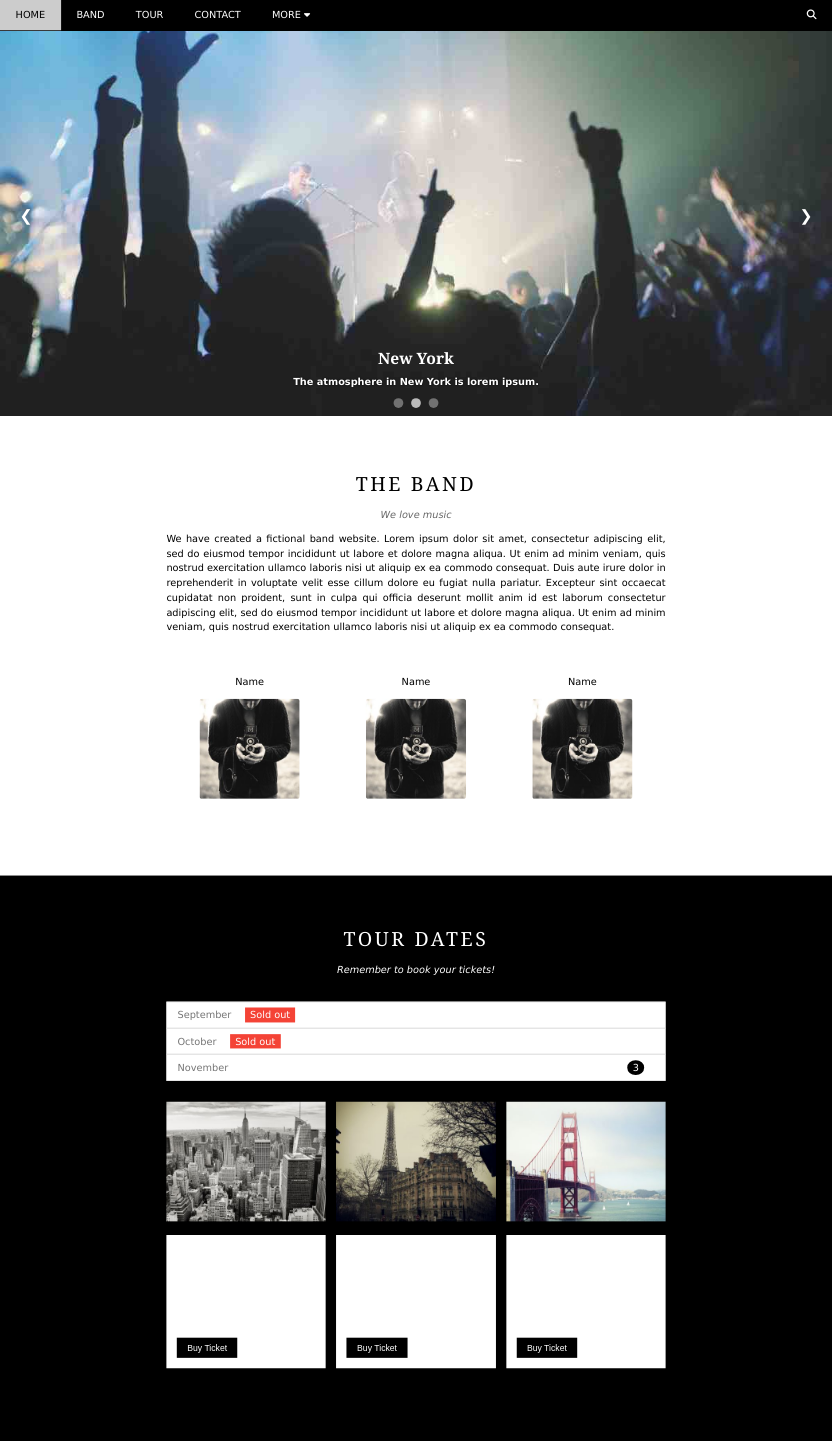
Repository: tam1512/The-Band
Page: index.html
These files come from the project's save history. The page is drawn as it stood at one moment and after the next save; the edit follows.
The browser window is 1280 px wide. The pictures show the whole page, at 65% of full size.
Some web libraries are served in a nearby version.

Above is the page before, as saved 2022-07-24 09:00:00.

### index.html
<!DOCTYPE html>
<html lang="en">
  <head>
    <meta charset="UTF-8" />
    <meta http-equiv="X-UA-Compatible" content="IE=edge" />
    <meta name="viewport" content="width=device-width, initial-scale=1.0" />
    <link
      rel="stylesheet"
      href="https://cdnjs.cloudflare.com/ajax/libs/font-awesome/6.1.1/css/all.min.css"
      integrity="sha512-KfkfwYDsLkIlwQp6LFnl8zNdLGxu9YAA1QvwINks4PhcElQSvqcyVLLD9aMhXd13uQjoXtEKNosOWaZqXgel0g=="
      crossorigin="anonymous"
      referrerpolicy="no-referrer"
    />
    <link rel="stylesheet" href="./assets/css/style.css" />
    <title>The Band</title>
  </head>
  <body>
    <div class="container">
      <div class="header" id="home">
        <ul class="header_nav">
          <li><a href="#home">HOME</a></li>
          <li><a href="#band">BAND</a></li>
          <li><a href="#tour">TOUR</a></li>
          <li><a href="#contact">CONTACT</a></li>
          <li class="header_nav_dropdown">
            <a href="javascript:void(0)" class="dropbtn">
              MORE
              <i class="fa-solid fa-caret-down"></i>
            </a>
            <div class="dropdown-content">
              <a href="#">Merchandise</a>
              <a href="#">Extras</a>
              <a href="#">Media</a>
            </div>
          </li>
        </ul>
        <div id="header_search">
          <i class="fa-solid fa-magnifying-glass text-white"></i>
        </div>
      </div>
      <!-- Slideshow container -->
      <div class="slider">
        <!-- Full-width image with caption text -->
        <div class="slider_slides-cont">
          <div class="slider_slide">
            <img src="assets/img/la.jpg" alt="Los Angeles" />
            <div class="text padding-32-16 text-white">
              <h3 class="fz-24 margin-10-0">Los Angeles</h3>
              <p class="margin-15-0">
                <b class="text-shadow">We had the bes time playing at Venice Beach!</b>
              </p>
            </div>
          </div>

          <div class="slider_slide">
            <img src="assets/img/ny.jpg" alt="New York" />
            <div class="text padding-32-16 text-white">
              <h3 class="fz-24 margin-10-0">New York</h3>
              <p class="margin-15-0">
                <b class="text-shadow">The atmosphere in New York is lorem ipsum.</b>
              </p>
            </div>
          </div>

          <div class="slider_slide">
            <img src="assets/img/chicago.jpg" alt="Chicago" />
            <div class="text padding-32-16 text-white">
              <h3 class="fz-24 margin-10-0">Chicago</h3>
              <p class="margin-15-0">
                <b class="text-shadow">Thank you, Chicago - A night we won't forget</b>
              </p>
            </div>
          </div>
        </div>

        <!-- The pagination/circles -->
         <div class="slider_pagination"></div>

        <!-- Next and previous buttons (navigatin slide)-->
        <a class="prev">&#10094</a>
        <a class="next">&#10095</a>
        </div>
      </div>
      <div class="content">
        <div class="padding-64-16 text-center" id="band">
          <h2 class="tilte fz-30 margin-10-0">THE BAND</h2>
          <p class="margin-15-0"><i class="sub-title text-opacity">We love music</i></p>
          <p class="band_content margin-15-0 text-justify">We have created a fictional band website. Lorem ipsum dolor sit amet, consectetur adipiscing elit, sed do eiusmod tempor incididunt ut labore et dolore magna aliqua. Ut enim ad minim veniam, quis nostrud exercitation ullamco laboris nisi ut aliquip ex ea commodo consequat. Duis aute irure dolor in reprehenderit in voluptate velit esse cillum dolore eu fugiat nulla pariatur. Excepteur sint occaecat cupidatat non proident, sunt in culpa qui officia deserunt mollit anim id est laborum consectetur adipiscing elit, sed do eiusmod tempor incididunt ut labore et dolore magna aliqua. Ut enim ad minim veniam, quis nostrud exercitation ullamco laboris nisi ut aliquip ex ea commodo consequat.</p>
          <div class="row band_members padding-32-0">
            <div class="third band_member">
              <p class="margin-15-0">Name</p>
              <img src="assets/img/bandmember.jpg" alt="band member" class="band_member_img margin-bottom-16">
            </div>
            <div class="third band_member">
              <p class="margin-15-0">Name</p>
              <img src="assets/img/bandmember.jpg" alt="band member" class="band_member_img margin-bottom-16">
            </div>
            <div class="third band_member">
              <p class="margin-15-0">Name</p>
              <img src="assets/img/bandmember.jpg" alt="band member" class="band_member_img margin-bottom-16">
            </div>
          </div>
          <!-- <div style="clear: both;"></div> -->
        </div>
        <div class="backgroud-black" id="tour">
          <div class="tour-container padding-64-16 text-center text-white">
            <h2 class="tilte fz-30 margin-10-0">TOUR DATES</h2>
            <p class="margin-15-0"><i class="sub-title">Remember to book your tickets!</i></p>
            <br>
            <ul class="list-month backgroud-white">
              <li class="month-item padding-8-16 boder-bottom">
                <p class="month text-grey">September</p>
                <span class="ticket-sold-out text-white">Sold out</span>
              </li>
              <li class="month-item padding-8-16 boder-bottom">
                <p class="month text-grey">October</p>
                <span class="ticket-sold-out text-white">Sold out</span>
              </li>
              <li class="month-item padding-8-16 boder-bottom">
                <p class="month text-grey">November</p>
                <span class="ticket-still text-white">3</span>
              </li>
            </ul>

            <div class="row ticket-list padding-32-8">
              <div class="ticket-wrap third margin-bottom-16 padding-0-8">
                <img class="ticket-img" src="assets/img/newyork.jpg" alt="Ticket New Yourk">
                <div class="tick-content padding-0-16 backgroud-white text-left">
                  <p class="ticket-name margin-15-0"><b>New Yourk</b></p>
                  <p class="ticket-time text-opacity margin-15-0">Fri 27 Nov 2016</p>
                  <p class="ticket-desc margin-15-0">Praesent tincidunt sed tellus ut rutrum sed vitae justo.</p>
                  <button class="btn margin-bottom-16">Buy Ticket</button>
                </div>
              </div>
              <div class="ticket-wrap third margin-bottom-16 padding-0-8">
                <img class="ticket-img" src="assets/img/paris.jpg" alt="Ticket Chicago">
                <div class="tick-content padding-0-16 backgroud-white text-left">
                  <p class="ticket-name margin-15-0"><b>Paris</b></p>
                  <p class="ticket-time text-opacity margin-15-0">Sat 28 Nov 2016</p>
                  <p class="ticket-desc margin-15-0">Praesent tincidunt sed tellus ut rutrum sed vitae justo.</p>
                  <button class="btn margin-bottom-16">Buy Ticket</button>
                </div>
              </div>
              <div class="ticket-wrap third margin-bottom-16 padding-0-8">
                <img class="ticket-img" src="assets/img/sanfran.jpg" alt="Ticket San Francisco">
                <div class="tick-content padding-0-16 backgroud-white text-left">
                  <p class="ticket-name margin-15-0"><b>San Francisco</b></p>
                  <p class="ticket-time text-opacity margin-15-0">Sun 29 Nov 2016</p>
                  <p class="ticket-desc margin-15-0">Praesent tincidunt sed tellus ut rutrum sed vitae justo.</p>
                  <button class="btn margin-bottom-16">Buy Ticket</button>
                </div>
              </div>
            </div>
          </div>
        </div>
      </div>
    </div>
    <script src="assets/js/js.js"></script>
  </body>
</html>

### assets/css/style.css
:root {
}

* {
  padding: 0;
  margin: 0;
  box-sizing: border-box;
}

body {
  font-family: Verdana, sans-serif;
  font-size: 15px;
  line-height: 22.5px;
}

h1,
h2,
h3,
h4,
h5,
h6 {
  font-family: Georgia, serif;
}

.fz-24 {
  font-size: 24px;
}

.fz-30 {
  font-size: 30px;
}

.text-white {
  color: white;
}

.text-grey {
  color: #757575;
}

.text-black {
  color: #000;
}

.text-opacity {
  opacity: 0.6 !important;
}

.backgroud-black {
  background-color: #000;
}

.backgroud-white {
  background-color: #fff;
}

.text-center {
  text-align: center;
}

.text-justify {
  text-align: justify;
}

.text-left {
  text-align: left;
}

.padding-0-8 {
  padding: 0 8px !important;
}

.padding-0-16 {
  padding: 0 16px !important;
}

.padding-64-16 {
  padding: 64px 16px !important;
}

.padding-32-16 {
  padding: 32px 16px !important;
}

.padding-32-8 {
  padding: 32px 8px !important;
}

.padding-32-0 {
  padding: 32px 0 !important;
}

.padding-8-16 {
  padding: 8px 16px !important;
}

.padding-32 {
  padding: 32px !important;
}

.margin-0-24 {
  margin: 0 24px !important;
}

.margin-10-0 {
  margin: 10px 0 !important;
}

.margin-15-0 {
  margin: 15px 0 !important;
}

.margin-bottom-16 {
  margin-bottom: 16px;
}

.text-shadow {
  text-shadow: 0 0 3px #000;
}

.boder-bottom {
  border: 1px solid #ddd;
}

.btn {
  display: inline-block;
  text-decoration: none;
  color: white;
  border: none;
  outline: none;
  padding: 8px 16px;
  background-color: #000;
  text-align: center;
}

.header {
  position: fixed;
  top: 0;
  right: 0;
  left: 0;
  z-index: 2;
}

.header_nav {
  list-style-type: none;
  background-color: #000;
  overflow: hidden;
}

.header_nav > li {
  float: left;
}

.header_nav > li > a,
.dropbtn {
  display: inline-block;
  padding: 12px 24px;
  text-align: center;
  color: #fff;
  text-decoration: none;
}

.header_nav > li > a:hover,
.header_nav_dropdown:hover,
.dropbtn:hover,
.dropdown-content a:hover {
  background-color: #ccc;
  color: black;
}

li.header_nav_dropdown {
  display: inline-block;
  /* position: relative; */
}

.dropdown-content {
  display: none;
  position: absolute;
  min-width: 160px;
  background-color: #fff;
  box-shadow: 0px 8px 16px 0px rgba(0, 0, 0, 0.2);
  z-index: 1;
}

.dropdown-content a {
  color: #000 !important;
  text-align: left;
  padding: 8px 16px;
  display: block;
  text-decoration: none;
}

.header_nav_dropdown:hover .dropdown-content {
  display: block;
}

#header_search {
  position: absolute;
  top: 0;
  right: 0;
  padding: 12px 24px;
}

#header_search:hover {
  background-color: #f44336;
}

/* Slider */
/* Slideshow container */
.slider,
.slider_slides-cont {
  max-width: 100%;
  height: auto;
  position: relative;
  /* top: 47px; */
  margin: auto;
}

/* Hide the images by default */
.slider_slide {
  display: none;
}

.slider_slide:first-child {
  display: block;
}

.slider_slides-cont img {
  width: 100%;
  height: 100%;
}

/* Next & previous buttons */
.prev,
.next {
  cursor: pointer;
  position: absolute;
  top: 50%;
  transform: translate(0, -50%);
  margin: 10px;
  padding: 24px 20px;
  color: #fff;
  font-weight: bold;
  font-size: 24px;
  transition: background-color 0.6s ease;
  border-radius: 5px 5px 5px 5px;
  user-select: none;
}

/* Position the "next button" to the right */
.next {
  right: 0;
  border-radius: 5px 5px 5px 5px;
}

/* On hover, add a black backgroound color with a little bit see-through */
.prev:hover,
.next:hover {
  background-color: rgba(191, 191, 191, 0.6);
  color: rgb(26, 23, 23);
  font-weight: bolder;
}

/* Caption text */
.text {
  position: absolute;
  left: 50%;
  transform: translate(-50%, -100%);
  text-align: center;
}

.slider_pagination {
  position: absolute;
  left: 50%;
  transform: translate(-50%, -120%);
}

.slider_pagination_btn {
  cursor: pointer;
  padding: 6px;
  background-color: transparent;
  display: inline-block;
  transition: background-color 0.6s ease;
}

.slider_pagination_btn::before {
  content: "";
  display: inline-block;
  height: 15px;
  width: 15px;
  border-radius: 50%;
  background-color: #717171;
}
.slider_pagination_btn.slider_pagination_btn--sel::before,
.slider_pagination_btn:hover::before {
  background-color: #bbb;
}

/* content */

#band,
.tour-container,
#contact {
  max-width: 800px;
  margin-left: auto;
  margin-right: auto;
}

.tilte {
  font-weight: normal;
  line-height: 45px;
  letter-spacing: 4px;
}

/* band */
/* Third image */

.row:after {
  content: "";
  display: table;
  clear: both;
}

.third {
  float: left;
  width: calc(100% / 3);
}

.band_member_img {
  width: 60%;
  border-radius: 4px;
}

/* Month ticket */
.list-month {
  list-style-type: none;
  text-align: left;
}

.month-item {
  position: relative;
}

.month {
  display: inline-block;
}

.ticket-sold-out {
  display: inline-block;
  background-color: #f44336;
  padding: 0 8px;
  margin-left: 16px;
}

.ticket-still {
  display: inline-block;
  padding: 0 8px;
  position: absolute;
  right: 32px;
  text-align: center;
  background-color: #000;
  border-radius: 50%;
}

/* ticket list */
.ticket-list {
  margin: 0 -16px;
}

.ticket-img {
  width: 100%;
}

### assets/js/js.js
let currentIndex = 0;
let newIndex = 0;
let autoplay = true;

//tạo một object cho việc tự động chuyển slide
let Autoplay = {
  timerID: null,
  interval: 4000,

  start: function () {
    this.timerID = setInterval(function () {
      newIndex++;
      navigateSlider();
    }, this.interval);
  },

  reset: function () {
    clearInterval(this.timerID);
    this.start();
  },
};

let slideElements = document.getElementsByClassName("slider_slide");
let slidesLength = slideElements.length;
let paginationElement = document.getElementsByClassName("slider_pagination")[0];
let prevElement = document.getElementsByClassName("prev")[0];
let nextElement = document.getElementsByClassName("next")[0];

// lấy sự kiện click của 2 nut prev và next
prevElement.addEventListener("click", function () {
  newIndex--;
  navigateSlider();
});

nextElement.addEventListener("click", function () {
  newIndex++;
  navigateSlider();
});

// tạo số dot tương ứng với số slide
paginationHTML = [];
for (let i = 0; i < slidesLength; i++) {
  paginationHTML.push(
    `<span class="slider_pagination_btn" data-index="${i}"></span>`
  );
}
// Thêm paginationHTML vào bên trong thẻ HTML
paginationElement.innerHTML = paginationHTML.join("");

//kiểm tra xem đã có phần tử chứa class="slider_pagination_btn" chưa? nếu có lấy giá trị trong data-index của nó gán cho newIndex
paginationElement.addEventListener("click", function (e) {
  let target = e.target;
  if (target.classList.contains("slider_pagination_btn")) {
    newIndex = Number(target.getAttribute("data-index"));
    navigateSlider();
  }
});

// Hàm hiện thị slide
function navigateSlider() {
  // Kiểm tra để newIndex luôn nằm trong khoảng từ 0 -> slideLength
  if (newIndex < 0) {
    newIndex = slidesLength - 1;
  } else if (newIndex > slidesLength - 1) {
    newIndex = 0;
  }

  //Thêm và xóa slider_pagination_btn--sel
  paginationElement.childNodes[currentIndex].classList.remove(
    "slider_pagination_btn--sel"
  );
  paginationElement.childNodes[newIndex].classList.add(
    "slider_pagination_btn--sel"
  );

  //reset interval(khoảng thời gian) để slide không gặp vấn đề về chuyển đổi
  if (autoplay) {
    Autoplay.reset();
  }

  //Ẩn slide trước và hiện slide cần hiện
  slideElements[currentIndex].style.display = "none";
  slideElements[newIndex].style.display = "block";

  currentIndex = newIndex;
}

// thiết lập autoplay cho slider
if (autoplay) {
  Autoplay.start();
}

// khi load page sẽ bị lỗi hiển thị ban đầu, đây là cách giải quyết
navigateSlider();

After the next save:
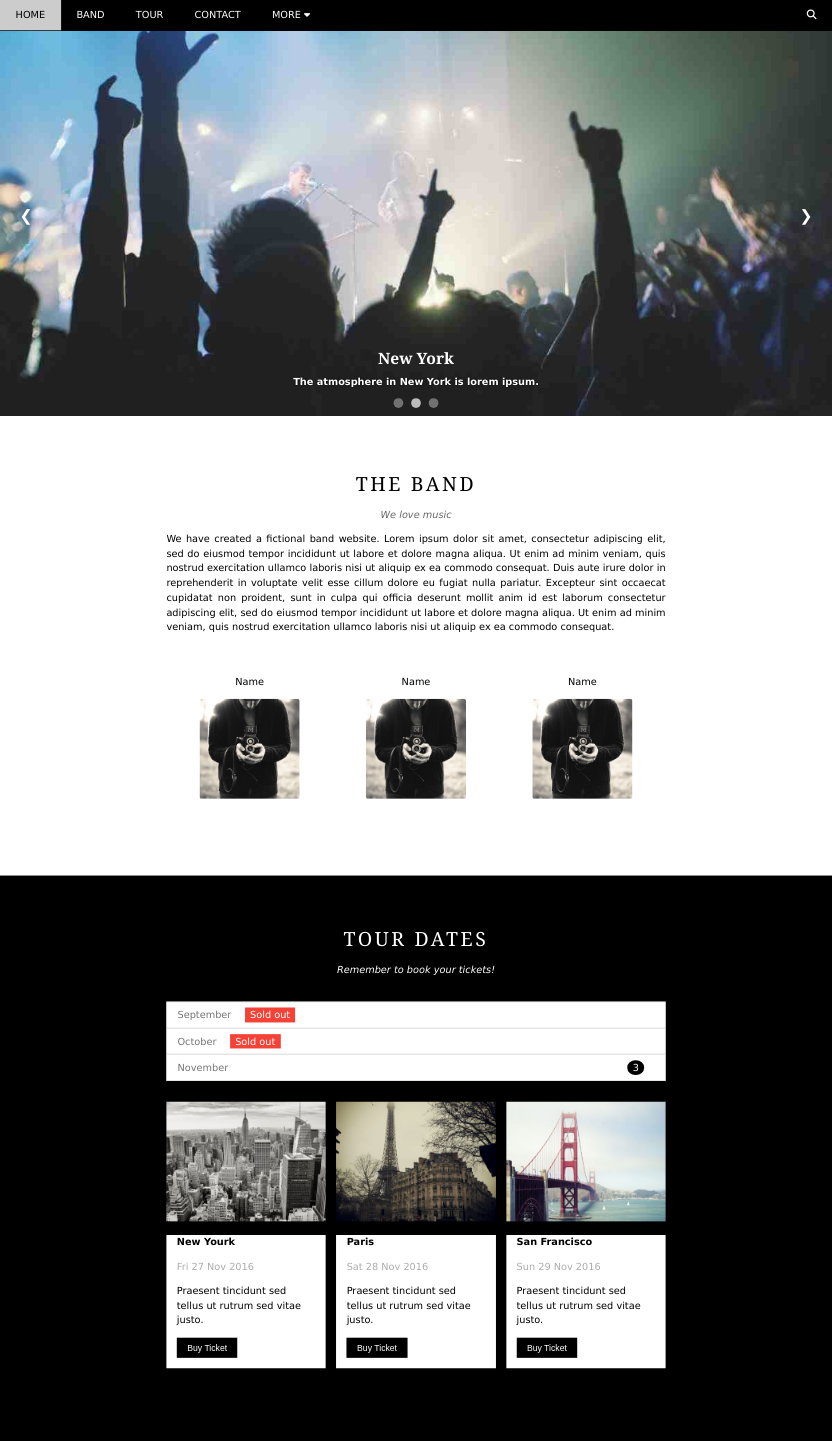
Saved 40 s later.
--- a/index.html
+++ b/index.html
@@ -126,27 +126,27 @@
               <div class="ticket-wrap third margin-bottom-16 padding-0-8">
                 <img class="ticket-img" src="assets/img/newyork.jpg" alt="Ticket New Yourk">
                 <div class="tick-content padding-0-16 backgroud-white text-left">
-                  <p class="ticket-name margin-15-0"><b>New Yourk</b></p>
-                  <p class="ticket-time text-opacity margin-15-0">Fri 27 Nov 2016</p>
-                  <p class="ticket-desc margin-15-0">Praesent tincidunt sed tellus ut rutrum sed vitae justo.</p>
+                  <p class="ticket-name margin-15-0 text-black"><b>New Yourk</b></p>
+                  <p class="ticket-time text-opacity margin-15-0 text-grey">Fri 27 Nov 2016</p>
+                  <p class="ticket-desc margin-15-0 text-black">Praesent tincidunt sed tellus ut rutrum sed vitae justo.</p>
                   <button class="btn margin-bottom-16">Buy Ticket</button>
                 </div>
               </div>
               <div class="ticket-wrap third margin-bottom-16 padding-0-8">
                 <img class="ticket-img" src="assets/img/paris.jpg" alt="Ticket Chicago">
                 <div class="tick-content padding-0-16 backgroud-white text-left">
-                  <p class="ticket-name margin-15-0"><b>Paris</b></p>
-                  <p class="ticket-time text-opacity margin-15-0">Sat 28 Nov 2016</p>
-                  <p class="ticket-desc margin-15-0">Praesent tincidunt sed tellus ut rutrum sed vitae justo.</p>
+                  <p class="ticket-name margin-15-0 text-black"><b>Paris</b></p>
+                  <p class="ticket-time text-opacity margin-15-0 text-grey">Sat 28 Nov 2016</p>
+                  <p class="ticket-desc margin-15-0 text-black">Praesent tincidunt sed tellus ut rutrum sed vitae justo.</p>
                   <button class="btn margin-bottom-16">Buy Ticket</button>
                 </div>
               </div>
               <div class="ticket-wrap third margin-bottom-16 padding-0-8">
                 <img class="ticket-img" src="assets/img/sanfran.jpg" alt="Ticket San Francisco">
                 <div class="tick-content padding-0-16 backgroud-white text-left">
-                  <p class="ticket-name margin-15-0"><b>San Francisco</b></p>
-                  <p class="ticket-time text-opacity margin-15-0">Sun 29 Nov 2016</p>
-                  <p class="ticket-desc margin-15-0">Praesent tincidunt sed tellus ut rutrum sed vitae justo.</p>
+                  <p class="ticket-name margin-15-0 text-black"><b>San Francisco</b></p>
+                  <p class="ticket-time text-opacity margin-15-0 text-grey">Sun 29 Nov 2016</p>
+                  <p class="ticket-desc margin-15-0 text-black">Praesent tincidunt sed tellus ut rutrum sed vitae justo.</p>
                   <button class="btn margin-bottom-16">Buy Ticket</button>
                 </div>
               </div>
